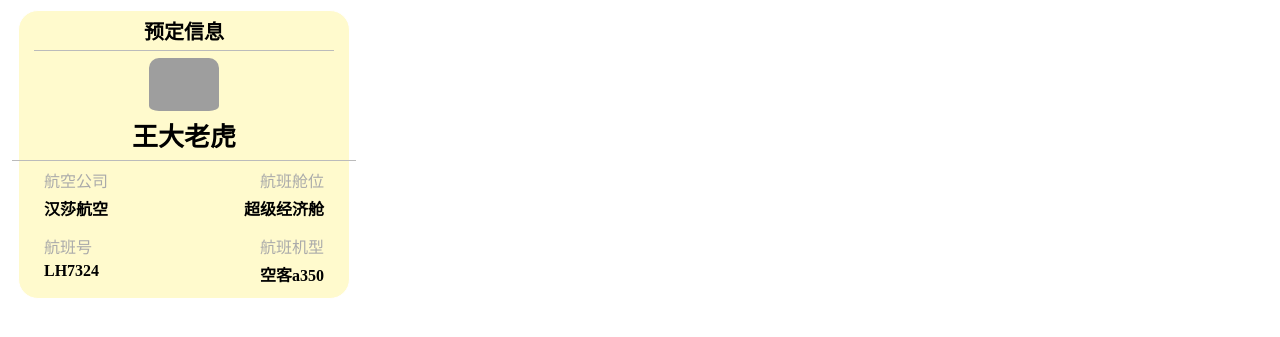
Repository: xzm1997/react-learning
Page: /
The author's editor kept a copy of each file at every save. The page is drawn from the files as they stood at one save, then again after the next save.
The browser window is 1280 px wide. The pictures show the whole page.
Pictures or frames that could not be fetched are drawn as grey boxes. The project was rebuilt for these pictures with package versions that can differ from the ones it lists, and the page was loaded fresh each time.

Above is the page before, as saved 2023-01-31 11:13:15.

### src/index.js
import React from 'react';
import ReactDOM from 'react-dom/client';
import './index.css';

export function UserInfo(props) {
  return (
    <div className='userInfo'>
      <img
        src='https://img1.baidu.com/it/u=1964469406,3571897169&fm=253&fmt=auto&app=138&f=JPEG?w=500&h=500'
        alt='ava'
        className='ava'
      ></img>
      <div className='userName'>{props.userName}</div>
    </div>
  )
}

export function InfoShow(props) {
  return (
    <div className='infoShow'>
      <div className='bookTitle'>{props.title}</div>
      <div className='bookContent'>{props.content}</div>
    </div>
  )
}

export function BookInfo(props) {
  return (
    <div className='contentDisplay'>
      <div className='totalTitle'>预定信息</div>
      <UserInfo userName={props.userName} />
      <div className='infoDisplay'>
        <div className='infoItem leftSide'>
          <InfoShow title='航空公司' content={props.ticketInfo.airline}/>
          <InfoShow title='航班号' content={props.ticketInfo.flightNum}/>
        </div>
        <div className='infoItem rightSide'>
          <InfoShow title='航班舱位' content={props.ticketInfo.level}/>
          <InfoShow title='航班机型' content={props.ticketInfo.plane}/>
        </div>
      </div>
    </div>
    )
}

export function Root() {
  const userName = '王大老虎';
  const ticketInfo = {
    airline : '汉莎航空',
    flightNum : 'LH7324',
    level : '超级经济舱',
    plane : '空客a350'
  }
  return (
    <div>
      <BookInfo
        userName={userName}
        ticketInfo={ticketInfo}
      />
    </div>
  )
}

// ========================================

const root = ReactDOM.createRoot(document.getElementById("root"));
root.render(<Root />);

### src/index.css
.contentDisplay {
  width: 320px;
  border: solid 1px #fff;
  background: lemonchiffon;
  border-radius: 20px;
  padding:5px;
  margin: 10px;
  display: flex;
  flex-direction: column;
  align-items: center;
}

.userInfo {
  display: flex;
  flex-direction: column;
  align-items: center;
  width: 330px;
  padding: 7px;
  border-bottom: solid 1px #bbb;
}

.ava {
  width: 70px;
  border-radius: 10px;
  padding-bottom: 5px;
}

.userName {
  font-weight: 700;
  font-size: 26px;
}

.bookTitle {
  color: #aaa;
}

.totalTitle {
  font-size: 20px;
  font-weight: 700;
  text-align: center;
  width: 300px;
  padding-bottom: 5px;
  border-bottom: solid 1px #bbb;
}

.bookContent {
  font-weight: 700;
}

.infoShow {
  padding: 5px 0;
}

.bookTitle {
  padding: 2px 0;
}

.bookContent {
  padding: 2px 0;
}

.infoDisplay {
  display: flex;
}

.infoItem {
  width: 140px;
}

.rightSide {
  text-align: right;
}

Loaded but not shown: public/index.html (common file)

After the next save:
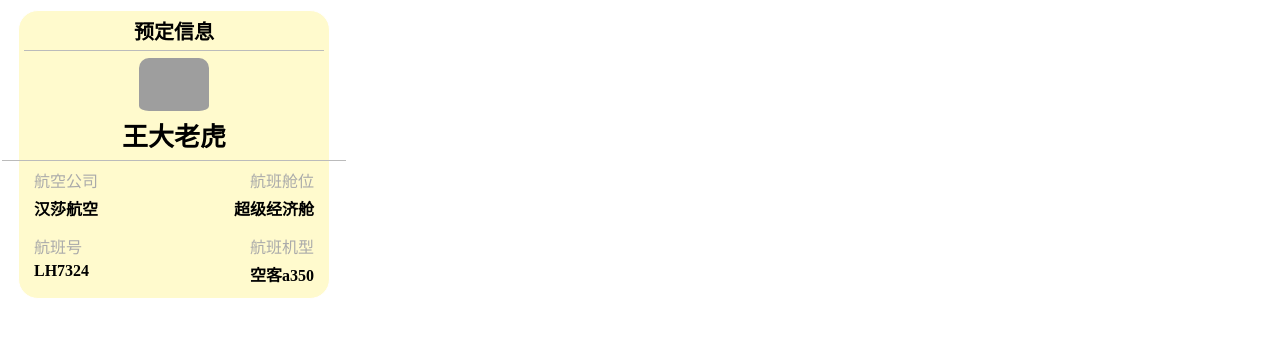
Saved 8 s later.
--- a/src/index.css
+++ b/src/index.css
@@ -1,5 +1,5 @@
 .contentDisplay {
-  width: 320px;
+  width: 300px;
   border: solid 1px #fff;
   background: lemonchiffon;
   border-radius: 20px;
